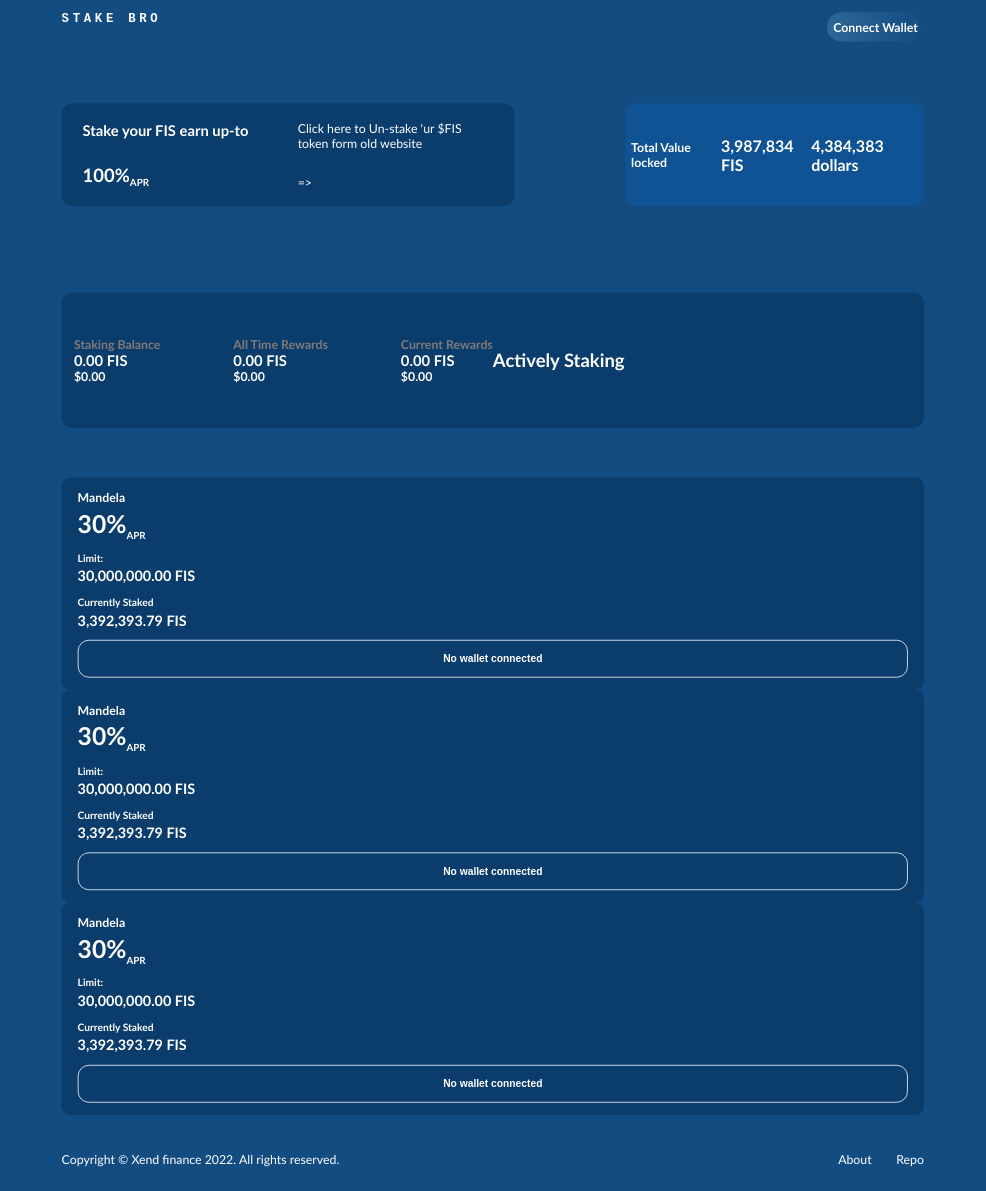
Repository: NorVirae/Stake
Page: /
An editor plug-in stored every save of this project. The page is shown before and after a run of saves, followed by the edit.
The browser window is 1280 px wide. The pictures show the whole page, at 77% of full size.
The project was rebuilt for these pictures with package versions that can differ from the ones it lists, and the page was loaded fresh each time.

Above is the page before, as saved 2022-04-18 02:35:10.

### src/App.tsx
import React, { useState } from 'react';
import AprCard from './components/cards/apr-card';
import './styles/app.css'

function App() {
  const [isWalletConnected, setIsWalletConnected] = useState(false)

  return (
    <div className="stake-container">
      <header>
        <nav>
            <a href='logo' className='logo'>Stake Bro</a>
            <ul>
              <li className='connect-wallet-btn'>Connect Wallet</li>
            </ul>
        </nav>
      </header>



      <main>
        <section className='info-global'>
          <div className='info-main'>
            <div className='inner-container-left'>
              <h1 className='earn-text'> Stake your FIS earn up-to</h1>
              <h1>100%<sub className='sub'>APR</sub></h1>

            </div>

            <div className='inner-container-right'>
              <p>Click here to Un-stake 'ur $FIS token form old website</p>
              <span>{"=>"}</span>
            </div>
          </div>

          <div className='public-stake-info'>
            <h3 className='total-locked'>Total Value locked</h3>
            <h1 className='total-locked-token'>3,987,834 FIS</h1>
            <h2 className='total-locked-dollars'>4,384,383 dollars</h2>

          </div>

        </section>

        <section className='connection-info'>
          {
          isWalletConnected?
          <>
            <div className='connection-info-text'>No Wallet connected</div>
            <div> Connect wallet to see your balance</div>
          </>
          :
          <>
          <div className='user-stake-info-container'>
            <div className='user-stake-info'>
              <h2 className='staking-balance'>Staking Balance</h2>
              <h1 className='token-balance-fis'>0.00 FIS</h1>
              <h2 className='token-balance-dollars'>$0.00</h2>
            </div>

            <div className='user-stake-info'>
              <h2 className='staking-balance'>All Time Rewards</h2>
              <h1 className='token-balance-fis'>0.00 FIS</h1>
              <h2 className='token-balance-dollars'>$0.00</h2>
            </div>

            <div className='user-stake-info'>
              <h2 className='staking-balance'>Current Rewards</h2>
              <h1 className='token-balance-fis'>0.00 FIS</h1>
              <h2 className='token-balance-dollars'>$0.00</h2>
            </div>

          </div>

          <div className='info-redirect'>
            <h1>Actively Staking </h1>
          </div>

          </>
          }
        </section>

        <section className='reward'>
          <AprCard/>
          <AprCard/>
          <AprCard/>
        </section>

      </main>

      <footer>
        <div className='copyright-info'>
          Copyright &copy; Xend finance 2022. All rights reserved.
        </div>
        <ul>
          <li>About</li>
          <li>Repo</li>

        </ul>
      </footer>

    </div>
  );
}

export default App;

### src/components/cards/apr-card.tsx
import React from "react";


const AprCard:React.FC = ()=>{
    return <div className='apr-card'>
                <div className='mandela-container'>
                    <h4 className="mandela">Mandela</h4>
                    <h1 className="apr-announce">30%<sub className="sub">APR</sub></h1>
                </div>


                <div className='limit-container'>
                    <h5>Limit:</h5>
                    <h3>30,000,000.00 FIS</h3>
                </div>

                <div className='current-container'>
                    <h5>Currently Staked</h5>
                    <h3>3,392,393.79 FIS</h3>
                </div>

                <button className="stake-button">No wallet connected</button>
        </div>
}

export default AprCard;

### src/styles/app.css
*{
    padding: 0;
    margin: 0;

}

::-webkit-scrollbar{
    background-color: #134C81;
    width: .4rem;
}

::-webkit-scrollbar-thumb{
    background-color: #0c5ba5;
}

img {
    width: 100%;
}

li {
    list-style-type: none;
}

body{
    background-color: #134C81;
    color: #ffff;
    font-family:'Trebuchet MS', 'Lucida Sans Unicode', 'Lucida Grande', 'Lucida Sans', Arial, sans-serif;
}
.stake-container {
    max-width: 70rem;
    margin:auto;
    display: flex;
    flex-direction: column;
    gap: 1rem;
}


nav {
    display:  flex;
    justify-content: space-between;
    padding: 1rem 0;
    position: sticky;
    top:0;
}

main {
    display: flex;
    flex-direction: column;
    gap:4rem;
}
.logo {
    text-decoration: none;
    font-family: 'Courier New', Courier, monospace;
    font-weight: 900;
    color: #ffff;
    letter-spacing: .3rem;
    text-transform: uppercase;
}

.connect-wallet-btn{
    padding: .6rem .5rem;
    background-image: linear-gradient(to right, #2d6797, #134C81  );
    font-weight: bold;
    border-radius: 3rem;
    transition: background-image .5s ease-in-out;
}

.connect-wallet-btn:hover{
    background-image: linear-gradient(to right, #134C81, #2d6797 );
    cursor: pointer;
    color: rgb(225, 225, 235);

}

.info-global{
    display: flex;
    justify-content: space-between;
    padding: 3rem 0;
    gap: 9rem;
}

.info-main{
    display: flex;
    background-color: #05315a88;
    border-radius: .9rem;
    padding: .5rem .9rem;

}

.inner-container-left, .inner-container-right{

    width: 100%;
    padding: .9rem .8rem;
    border-radius: .9rem;
    display: flex;
    flex-direction: column;
    gap:2rem
}



.earn-text {
    font-size: 1.2rem;
}

.sub{
    font-size: .8rem;
}

.public-stake-info {
    display: flex;
    justify-content: center;
    align-items: center;
    border-radius: .9rem;
    padding: .5rem;
    gap: .4rem;

    background-color: #0c5ba588;

}


.total-locked{
    font-size: 1rem;

}

.total-locked-token{
    font-size: 1.3rem;
}

.total-locked-dollars {
    font-size: 1.3rem;
}


.connection-info{
    display: flex;
    background-color: #05315a88;
    border-radius: .9rem;
    justify-content: center;
    align-items: center;
    height: 20vh;
    padding: 1rem 1rem;

}

.connection-info-text {
    font-size: 1.2rem;
    text-transform: uppercase;
}

.user-stake-info-container{
    display: flex;
    justify-content: space-between;
    width: 100%;
}

.staking-balance{
    font-size: 1rem;
    color: rgb(128, 122, 122);
}

.token-balance-fis{
    font-size: 1.2rem;
}

.token-balance-dollars{
    font-size: 1rem;
}

.info-redirect{
    width: 100%;
}
 h1
.info-redirect
.reward{
    display: flex;
    justify-content: space-between;
    gap: .9rem;
}

.apr-card{
    background-color: #05315a88;
    padding: 1rem 1.3rem;
    border-radius: .7rem;
    display: flex;
    flex-direction: column;
    justify-content: space-around;
    flex: 1;
    gap: .9rem;
}

.mandela-container{
    display: flex;
    flex-direction: column;
    justify-content: space-between;
    gap:.3rem;
}

.mandela{
    font-size: 1rem;

}

.apr-announce{
    font-size: 2rem;
}

.limit-container{
    display: flex;
    flex-direction: column;
    justify-content: space-between;
    gap:.3rem;
}

.current-container{
    display: flex;
    flex-direction: column;
    justify-content: space-between;
    gap:.3rem;
}

.stake-button{
    border-radius: .9rem;
    border: .1px solid white;
    background-color: transparent;
    padding: 1rem .6rem;
    color: #fff;
    font-weight: bold;
}

.stake-button:hover{
    cursor: pointer;
}

footer{
    display: flex;
    justify-content: space-between;
    padding: 2rem 0;

}
.copyright-info{
    display: flex;
}

footer ul{
    display: flex;
    gap: 2rem;
}

Loaded but not shown: public/index.html (common file); src/index.tsx (common file); src/reportWebVitals.ts (common file)

After the next 7 saves:
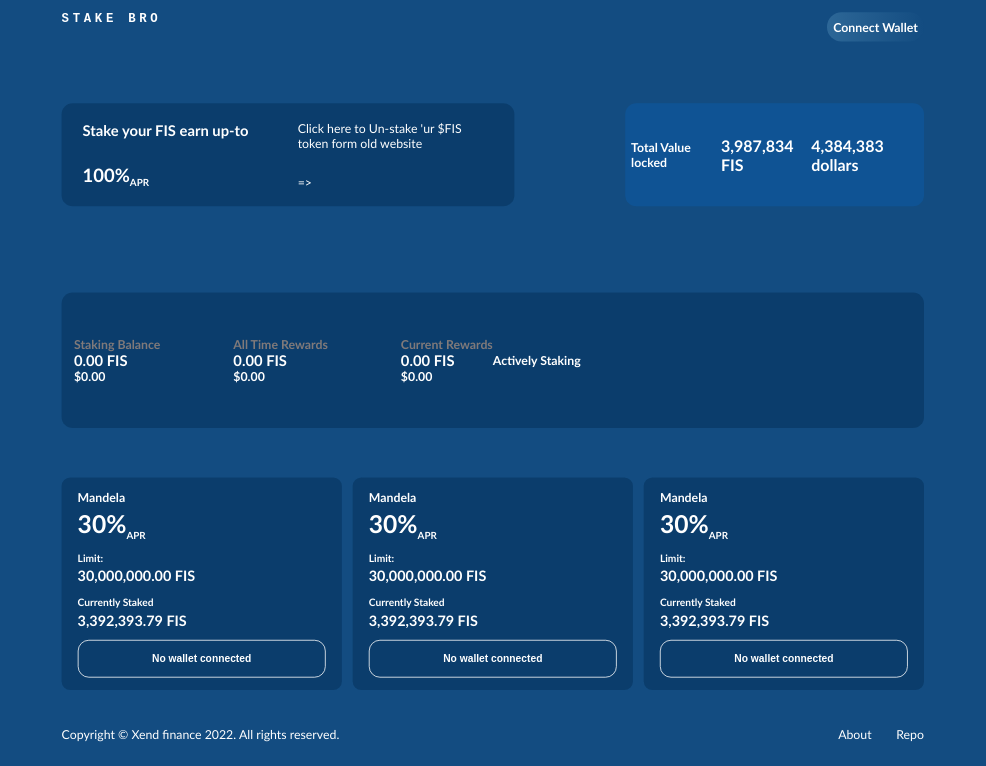
The 7 saves are shown as one change because they came seconds apart.
The last was saved 15 s later.
--- a/src/styles/app.css
+++ b/src/styles/app.css
@@ -172,8 +172,10 @@ main {
 .info-redirect{
     width: 100%;
 }
- h1
-.info-redirect
+
+.info-redirect h1 {
+    font-size: 1rem;
+}
 .reward{
     display: flex;
     justify-content: space-between;
